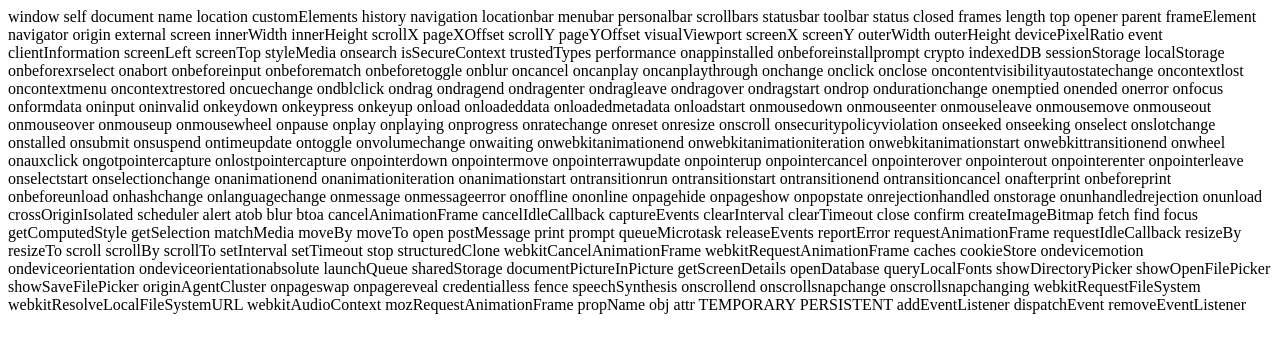
Repository: Jhin7782/HBuilder-Projects
Page: 【JS高程3】/03-6`语句/3-6-5 for-in.html
The author's editor kept a copy of each file at every save. The page is drawn from the files as they stood at one save, then again after the next save.
The browser window is 1280 px wide. The pictures show the whole page.

Above is the page before, as saved 2017-06-02 02:38:36.
Console error: TypeError: Cannot read properties of undefined (reading 'toString')

After the next save:
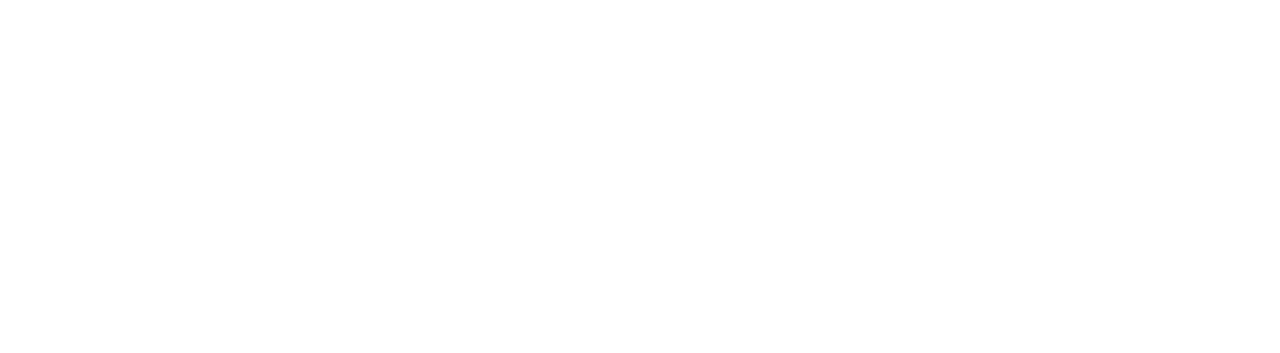
Console error: SyntaxError: Unexpected token '('
Saved 10 s later.
--- a/【JS高程3】/03-6`语句/3-6-5 for-in.html
+++ b/【JS高程3】/03-6`语句/3-6-5 for-in.html
@@ -20,7 +20,7 @@
 				age: 24
 			}
 			for (var attr in obj) {
-				console.log(obj.attr.toString());
+				console.log(obj.(attr.toString()));
 			}
 		</script>
 	</body>

After the save that followed:
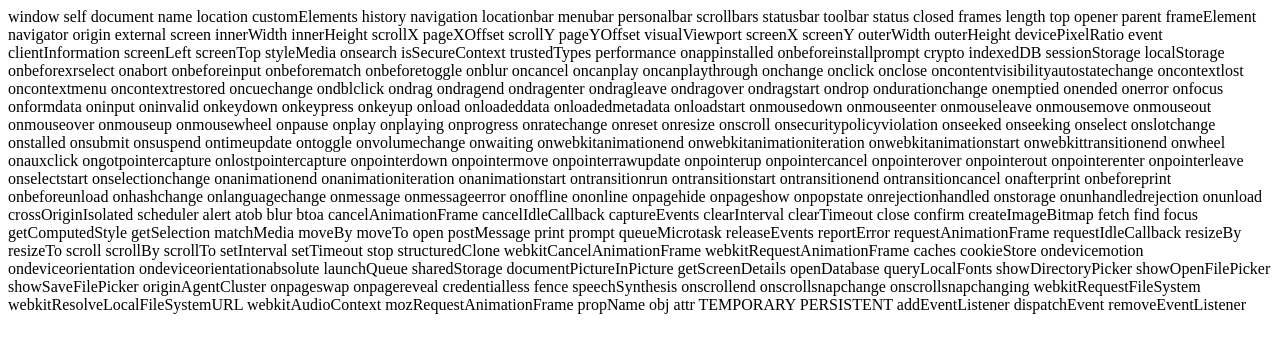
The error is gone.
Saved 8 s later.
--- a/【JS高程3】/03-6`语句/3-6-5 for-in.html
+++ b/【JS高程3】/03-6`语句/3-6-5 for-in.html
@@ -20,7 +20,7 @@
 				age: 24
 			}
 			for (var attr in obj) {
-				console.log(obj.(attr.toString()));
+				console.log(obj.attr);
 			}
 		</script>
 	</body>
